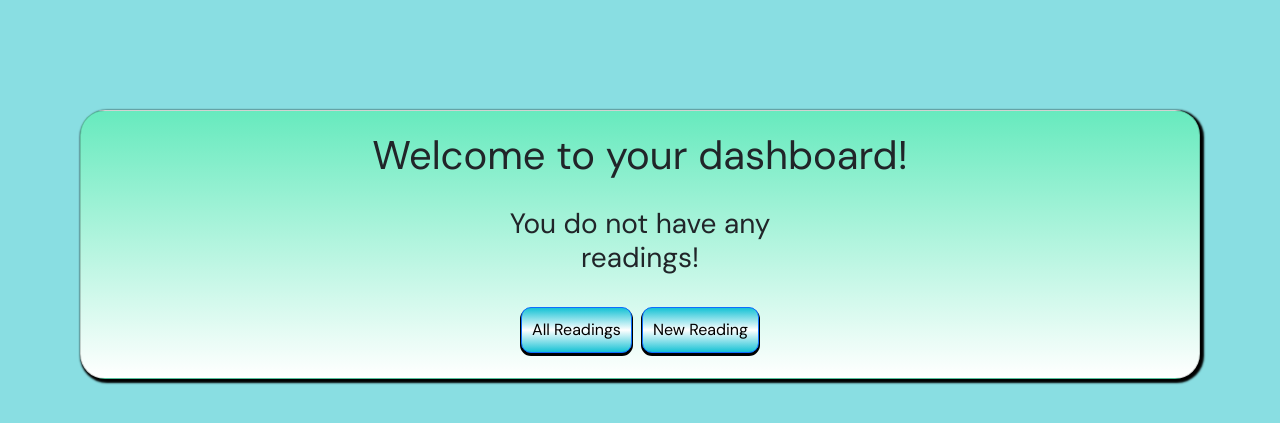
Repository: aiodell/my-glucose-checkup
Page: /dashboard (app in client/)
These files come from the project's save history. The page is drawn as it stood at one moment and after the next save; the edit follows.
The browser window is 1280 px wide. The pictures show the whole page.
The page's requests for data from a server got no answer. The project was rebuilt for these pictures with package versions that can differ from the ones it lists, and the page was loaded fresh each time. No one was signed in, and anything a server would have sent is missing. Also part of the build but not shown: client/src/components/Login.js, client/src/components/Signup.js, client/src/components/AllReadings.js, client/src/components/NewReading.js, client/src/components/Home.js, client/src/components/BglUpdateForm.js, client/src/components/BglEventDetails.js, client/src/components/NewBglEvent.js and 8 more.

Above is the page before, as saved 2022-10-06 07:03:33.

After the next save:
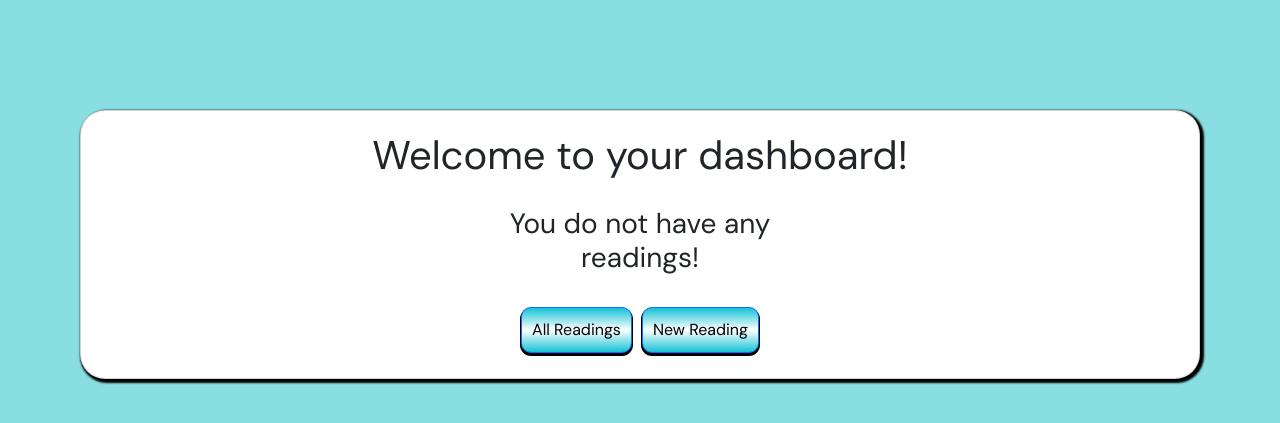
Saved 5 s later.
--- a/client/src/styles.css
+++ b/client/src/styles.css
@@ -74,7 +74,6 @@
 .dash-container{
   margin-top: 100px;
   padding: 20px;
-  background-image: linear-gradient(#67eabe, #ffffff);
   box-shadow: 2px 2px 2px 2px black;
   border-radius: 25px;
   position: relative;

After the save that followed:
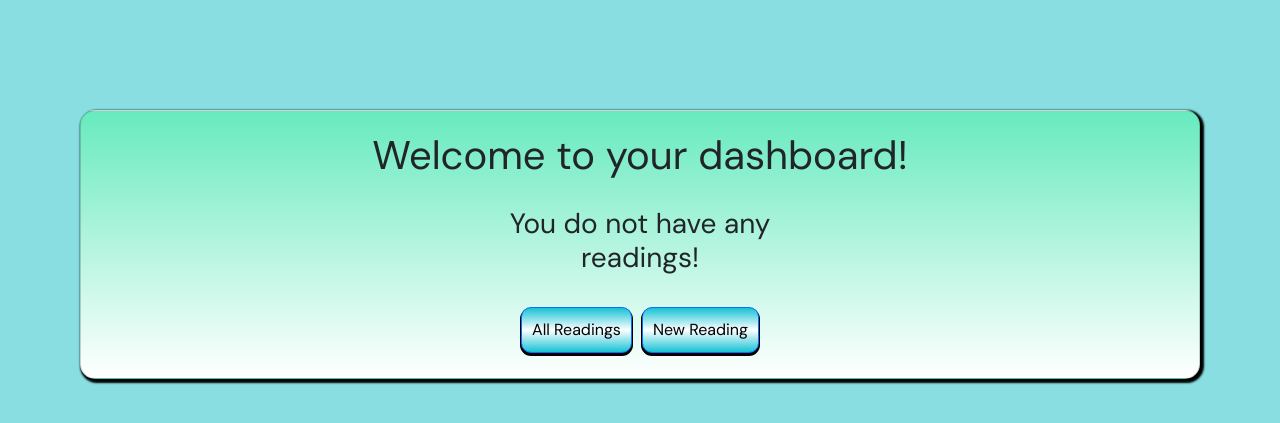
Saved 20 s later.
--- a/client/src/styles.css
+++ b/client/src/styles.css
@@ -74,8 +74,9 @@
 .dash-container{
   margin-top: 100px;
   padding: 20px;
+  background-image: linear-gradient(#67eabe, #ffffff);
   box-shadow: 2px 2px 2px 2px black;
-  border-radius: 25px;
+  border-radius: 15px;
   position: relative;
 }
 
